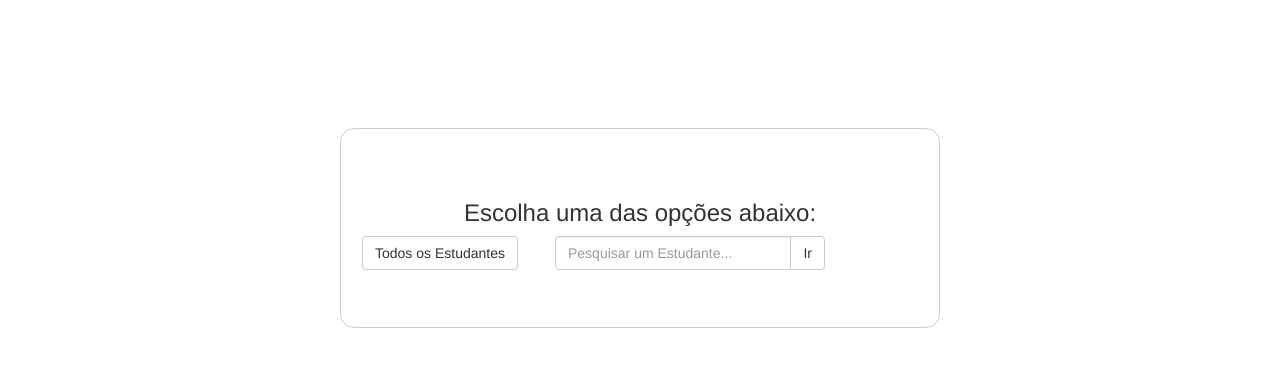
Repository: ipti/br.tag.webservice
Page: http://localhost/Restful-API-TAG/students.jsp
These files come from the project's save history. The page is drawn as it stood at one moment and after the next save; the edit follows.
The browser window is 1280 px wide. The pictures show the whole page.
The page is served by Tomcat 9. Other server files are loaded and not shown.

Above is the page before, as saved 2016-04-27 13:56:50.

### Restful-API-TAG/WebContent/students.jsp
<%@ page language="java" contentType="text/html; charset=ISO-8859-1"
	pageEncoding="ISO-8859-1"%>
<!DOCTYPE html PUBLIC "-//W3C//DTD HTML 4.01 Transitional//EN" "http://www.w3.org/TR/html4/loose.dtd">
<html>
<head>
<link rel="stylesheet" href="css/styles.css">
<link href="css/bootstrap.min.css" rel="stylesheet">
<meta http-equiv="Content-Type" content="text/html; charset=ISO-8859-1">
<title>API TAG - Estudantes</title>
</head>
<body>
	<div id="studentDiv">
		<h3 id="titleStudent">Escolha uma das opções abaixo:</h3>

		<div class="btn-group-md text-center" role="group" aria-label="...">
			<div class="row">
				<div class="col-lg-4">
					<a type="submit" class="btn btn-default" href="${pageContext.request.contextPath}/api/TagService/getStudents">Todos os Estudantes</a>
				</div>
				<div class="col-lg-6">
					<div class="input-group">
						<input type="text" class="form-control" placeholder="Pesquisar um Estudante...">
						<span class="input-group-btn">
							<a class="btn btn-default" type="submit" href="${pageContext.request.contextPath}/api/TagService/getStudents/{inep_id}">Ir</a>
						</span>
					</div>
				</div>
			</div>
		</div>
	</div>
</body>
</html>

### Restful-API-TAG/WebContent/css/styles.css
@CHARSET "ISO-8859-1";

#mainDiv {
    /* Just to center the form on the page */
    margin: 10% auto;
    width: 500px;
    height: 200px;
    /* To see the outline of the form */
    padding: 1em;
    border: 1px solid #CCC;
    border-radius: 1em;
}

#divGroup {
	padding: 7px;
}

#studentDiv, #schoolDiv, #instructorDiv, #classroomDiv {
    /* Just to center the form on the page */
    margin: 10% auto;
    width: 600px;
    height: 200px;
    /* To see the outline of the form */
    padding: 1em;
    border: 1px solid #CCC;
    border-radius: 1em;
}

#titleH3 {
	text-align: center;
	margin-top: 10%;
}

#titleStudent, #titleSchool, #titleInstructor, #titleClassroom {
	text-align: center;
	margin-top: 10%;
}

Loaded but not shown: Restful-API-TAG/WebContent/css/bootstrap.min.css (library)

After the next save:
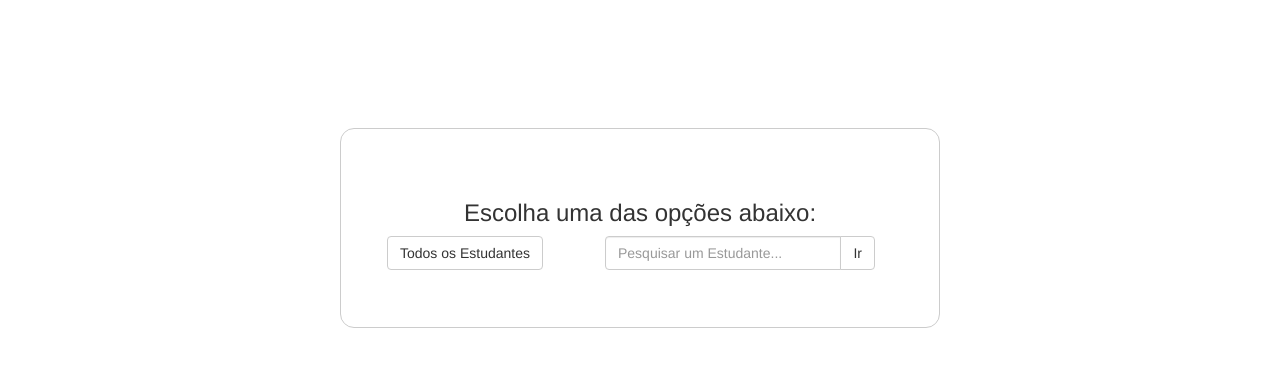
Saved 5 s later.
--- a/Restful-API-TAG/WebContent/students.jsp
+++ b/Restful-API-TAG/WebContent/students.jsp
@@ -14,7 +14,7 @@
 
 		<div class="btn-group-md text-center" role="group" aria-label="...">
 			<div class="row">
-				<div class="col-lg-4">
+				<div class="col-lg-5">
 					<a type="submit" class="btn btn-default" href="${pageContext.request.contextPath}/api/TagService/getStudents">Todos os Estudantes</a>
 				</div>
 				<div class="col-lg-6">
